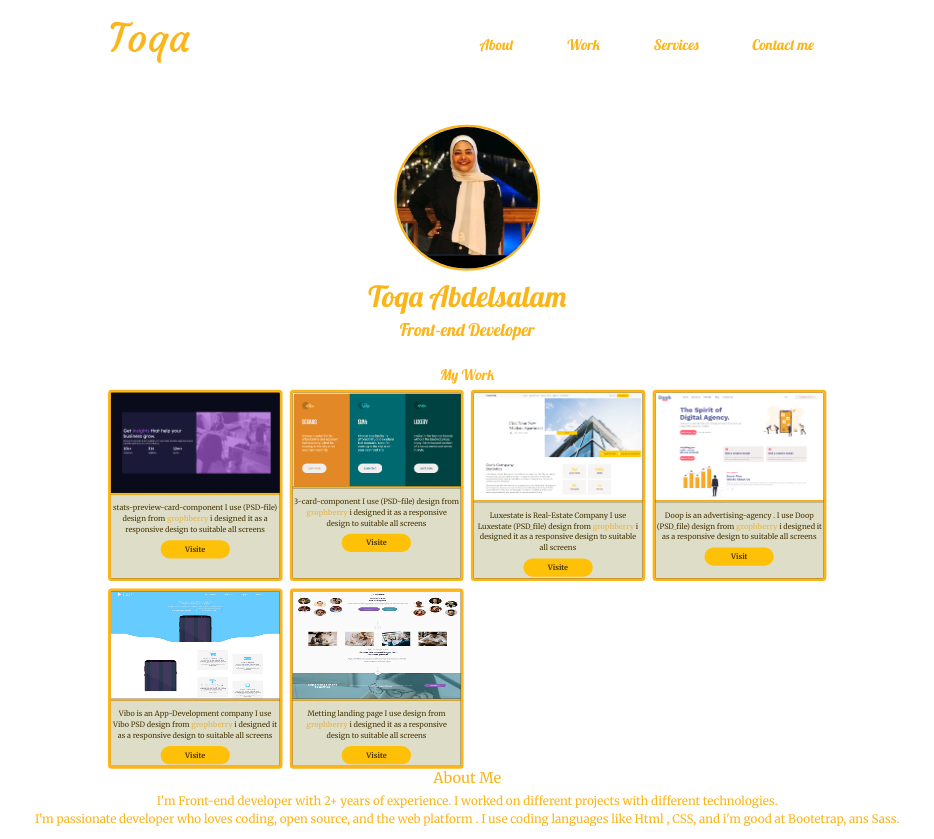
Repository: Toqa-25/portfolio
Page: index.html
These files come from the project's save history. The page is drawn as it stood at one moment and after the next save; the edit follows.
The browser window is 1280 px wide. The pictures show the whole page, at 73% of full size.
Some web fonts or font styles are not loaded; a fallback is used.

Above is the page before, as saved 2021-10-31 18:08:46.

### index.html
<!DOCTYPE html>
<html lang="en">
<head>
    <meta charset="UTF-8">
    <meta http-equiv="X-UA-Compatible" content="IE=edge">
    <meta name="viewport" content="width=device-width, initial-scale=1.0">
    <title>Toqa Portfolio</title>
      <!-- bootstrap file -->
      <link rel="stylesheet" href="css/all.min.css">
      <link rel="stylesheet" href="css/bootstrap.css">
      <!-- css file -->
      <link rel="stylesheet" href="css/style.css">
      <!-- fonts -->
      <link rel="preconnect" href="https://fonts.googleapis.com">
<link rel="preconnect" href="https://fonts.gstatic.com" crossorigin>
<link href="https://fonts.googleapis.com/css2?family=Lobster&family=Otomanopee+One&display=swap" rel="stylesheet">
<link rel="preconnect" href="https://fonts.googleapis.com">
<link rel="preconnect" href="https://fonts.gstatic.com" crossorigin>
<link href="https://fonts.googleapis.com/css2?family=Merriweather:ital,wght@0,300;0,400;0,700;0,900;1,300;1,400;1,700;1,900&display=swap" rel="stylesheet">
<link rel="preconnect" href="https://fonts.googleapis.com">
<link rel="preconnect" href="https://fonts.gstatic.com" crossorigin>
<link href="https://fonts.googleapis.com/css2?family=Bebas+Neue&family=Oswald:wght@200;300;400;500;600;700&display=swap" rel="stylesheet">
</head>
<body>
        <!-- header section -->
    <header class="pad">
       <div class="container">
         <div class="header-content">
           <div class="header-logo">
             <img src="images/logo.png" alt="logo">
           </div>
           <div class="bar">
             <svg xmlns="http://www.w3.org/2000/svg" width="35" height="35" fill="#fbb519" class="bi bi-list" viewBox="0 0 16 16">
               <path fill-rule="evenodd" d="M2.5 12a.5.5 0 0 1 .5-.5h10a.5.5 0 0 1 0 1H3a.5.5 0 0 1-.5-.5zm0-4a.5.5 0 0 1 .5-.5h10a.5.5 0 0 1 0 1H3a.5.5 0 0 1-.5-.5zm0-4a.5.5 0 0 1 .5-.5h10a.5.5 0 0 1 0 1H3a.5.5 0 0 1-.5-.5z"/>
             </svg>
              <ul class="hidden-list unlist list">
              <li>About</li>
              <li>Work</li>
              <li>Services</li>
              <li>Contact me</li>
              <li>Reviews</li>
            </ul>
           </div>
           <div class="header-nav">
             <ul class="list unlist">
                 <li>About</li>
                 <li>Work</li>
                 <li>Services</li>
                 <li>Contact me</li>
                 <!-- <li>Reviews</li> -->
             </ul>

           </div>
         </div>
         </div>
        </header><!-- end header section -->
        <!-- information  section -->
    <section  class="inform pad">
      <div class="main-inform " role="main">
        <div class="inform-info">
        <img src="images/toqa.jpg" alt=""><br>
        <h1>Toqa Abdelsalam</h1>
        <h4>Front-end Developer</h4>
      </div>
      </div>
    </section> <!-- end information  section -->

      <!-- my-work  section -->
      <section class="section container work">
      <h5>My Work</h5>
      <div class="card-groups">
      <div class="project card" role="menu">
        <img src="images/toqa-25.github.io_stats-preview-card-component-main_.png" alt="">
        <p>stats-preview-card-component
      I use  (PSD-file) design from <span> <a href="https://www.frontendmentor.io/">grophberry</a></span>
  i designed it as a responsive design to suitable all screens <br>
  <button><a href="https://toqa-25.github.io/stats-preview-card-component-main/">Visite</a></button>
 </p>
 </div>
      <div class="project card" role="menu">
        <img src="images/toqa-25.github.io_3-cards-component3_.png" alt="">
        <p>3-card-component
      I use (PSD-file) design from <span> <a href="https://www.frontendmentor.io/">grophberry</a></span>
  i designed it as a responsive design to suitable all screens <br>
  <button><a href="https://toqa-25.github.io/3-cards-component/">Visite</a></button>
 </p>
 </div>
      <div class="project card" role="menu">
          <img src="images/destop-luxestate - Copy (1).png" alt="">
          <p>Luxestate is Real-Estate Company
        I use Luxestate (PSD_file) design from <span> <a href="https://www.graphberry.com/">grophberry</a></span>
    i designed it as a responsive design to suitable all screens <br>
    <button><a href="https://toqa-25.github.io/luxstate-project-/">Visite</a></button>
   </p>
   </div>
      <div class="project card" role="menu">
          <img src="images/web_design.png" alt="">
          <p>Doop is an advertising-agency .
        I use Doop (PSD_file) design from <span> <a href="https://www.graphberry.com/">grophberry</a></span>
    i designed it as a responsive design to suitable all screens <br>
    <button><a href="https://toqa-25.github.io/simply-agency/">Visit </a></button>
   </p>
   </div>
      <div class="project card" role="menu">
        <img src="images/Vibo_App(desktop)_toqa-25.github.io2.png" alt="">
          <p>Vibo is an App-Development company
        I use Vibo PSD design from <span> <a href="https://www.graphberry.com/">grophberry</a></span>
    i designed it as a responsive design to suitable all screens <br>
    <button><a href="https://toqa-25.github.io/vibo-app/">Visite</a></button>
   </p>
   </div>
   <div class="project card" role="menu">
    <img src="images/toqa-25.github.io_landing-meeting-page_desktop.png" alt="">
    <p>Metting landing page
  I use  design from <span> <a href="https://www.frontendmentor.io/">grophberry</a></span>
i designed it as a responsive design to suitable all screens <br>
<button><a href="https://toqa-25.github.io/landing-meeting-page/">Visite</a></button>
</p>
</div>
   </div>
      </section>

      <section class="section about">

          <h5>About Me</h5>
      <p> I'm Front-end developer with 2+ years of experience. I worked on different projects with different technologies. <br>
       I'm passionate developer who loves coding, open source, and the web platform .
       I use coding languages like Html , CSS, and i'm good at Bootetrap, ans Sass. </p>
      </section>

</body>
</html>

### css/style.css
/*
    public style
***********************
*/
:root{
    --main-color:#fbb519;
    --section-padding:30px;
}
* , *:after , *:before{
    box-sizing: border-box;
    margin: 0;
    padding: 0;
}
body{
    font-family: 'Merriweather', serif;
    color:var(--main-color);
}
.pad{
    padding: var(--section-padding) 0;
}
.container
{
  width: 80%;
  margin:auto;
  padding: 0 20px;
}
 .pad h5{
    text-align: center;
    font-family: 'Lobster';
    margin-bottom: 15px;
 }
 .unlist{
     list-style: none;
 }
/*
    header style
***********************
*/
 header{
    font-family: 'Lobster', cursive;
 }
 .header-content{
    display: flex;
}
.header-logo{
    width:50%;
}
.bar{
    position: relative;
    display: none;
    margin: auto 20px;
     transition: .2s;
     cursor: pointer;
     width: 50%;
    /* text-align: right; */
    justify-content: flex-end;
}
 .header-nav{
   min-width: 50%;
    display: flex;
    justify-content: flex-end;
 }
 .header-nav .list{
     width: 100%;
     display: flex;
     justify-content: space-between;
     align-items: center;
     padding: 17px;
 }
  .list li{
     font-size: 20px;
     transition: .2s;
     -webkit-transition: .2s;
     -moz-transition: .2s;
     -ms-transition: .2s;
     -o-transition: .2s;
     cursor: pointer;
     margin-bottom: 2px;
    }
     .list li:hover{
        border-bottom: 2px solid var(--main-color);
    }
    .hidden-list{
         text-align: center;
         position: absolute;
         width: 120px;
         top: 3px;
         right: -70px;
         background-color: #f5f5dc91;
         padding: 10px;
         border-radius: 25px;
         -webkit-border-radius: 25px;
         -moz-border-radius: 25px;
         -ms-border-radius: 25px;
         -o-border-radius: 25px;
         transition: .2s;
         -webkit-transition: .2s;
         -moz-transition: .2s;
         -ms-transition: .2s;
         -o-transition: .2s;
         visibility: hidden;
         display: none;
}
/* media quary for header*/
 @media (max-width: 991px){
   .header-nav {
      display: none;
  }
  .bar{
      display: flex;
  }
  .bar:hover .hidden-list{
    visibility: visible;
    display: block;
  }
}
/*
    my-information&image style
  ********************************
*/
/*
    my-information&image style
  ********************************
*/

 .main-inform{
    color: var(--main-color);
    text-align: center;
    height: 300px;
    display: flex;
    align-items: center;
    justify-content: center;
     font-family: 'Lobster', cursive;
 }
 .main-inform img{
     width: 200px;
     height: 200px;
     border:3px solid;
     border-radius: 50%;
     -webkit-border-radius: 50%;
     -moz-border-radius: 50%;
     -ms-border-radius: 50%;
     -o-border-radius: 50%;
     margin-bottom: 10px;
}

 .card-groups{
     display: grid;
    grid-template-columns:repeat(4,1fr);
    gap:10px;
 }
 .work h5{
    text-align: center;
    font-family: 'Lobster';
 }
.card {
    width: 100%;
    height: 100%;
    position: relative;
    display: flex;
    flex-direction: column;
    min-width: 0;
    word-wrap: break-word;
    background-color: black;
    background-clip: border-box;
    border: 4px solid var(--main-color);
    border-radius: 0.3rem;
}

.card img{
    max-width:100%;
    max-height: 150px;
    border-bottom: 3px solid;
}
.card img:hover{
   transform: scale(1.1);
   -webkit-transform: scale(1.1);
   -moz-transform: scale(1.1);
   -ms-transform: scale(1.1);
   -o-transform: scale(1.1);
}
.card p{
    margin-bottom: 1rem;
    background-color: black;
    font-size: 10px;
    padding: 2px;
    margin: 0px;
    margin-top: 0px;
    width: 100%;
    height: 100%;
    text-align: center;
    color:#483705;
    background-color: #f5f5dce8;
    padding-top: 10px;

}
.card p a{
    text-decoration: none;
    color: #e2bc66;
    font-weight: bolder;
}
.card p:hover{

}

.card button{
    width: 95px;
    text-align: center;
    background-color: #ffc107;
    border: none;
    border-radius: 15px;
    padding: 5px;
    margin-top: 7px;
}
.card button:hover{
    width:120px;
    padding: 10px;
}
.card button a{
    text-decoration: none;
    color: #483705;
}

.about{
    text-align: center;

}

/*
           media quary style
    ***************************************
        //extra small devices @media (maxwidth:575px)
        //small devices @media (maxwidth:767px)
        //medium devices @media (maxwidth:991px)
        //large devices @media (maxwidth:1199px)
*/

Loaded but not shown: css/all.min.css (library); css/bootstrap.css (library)

After the next save:
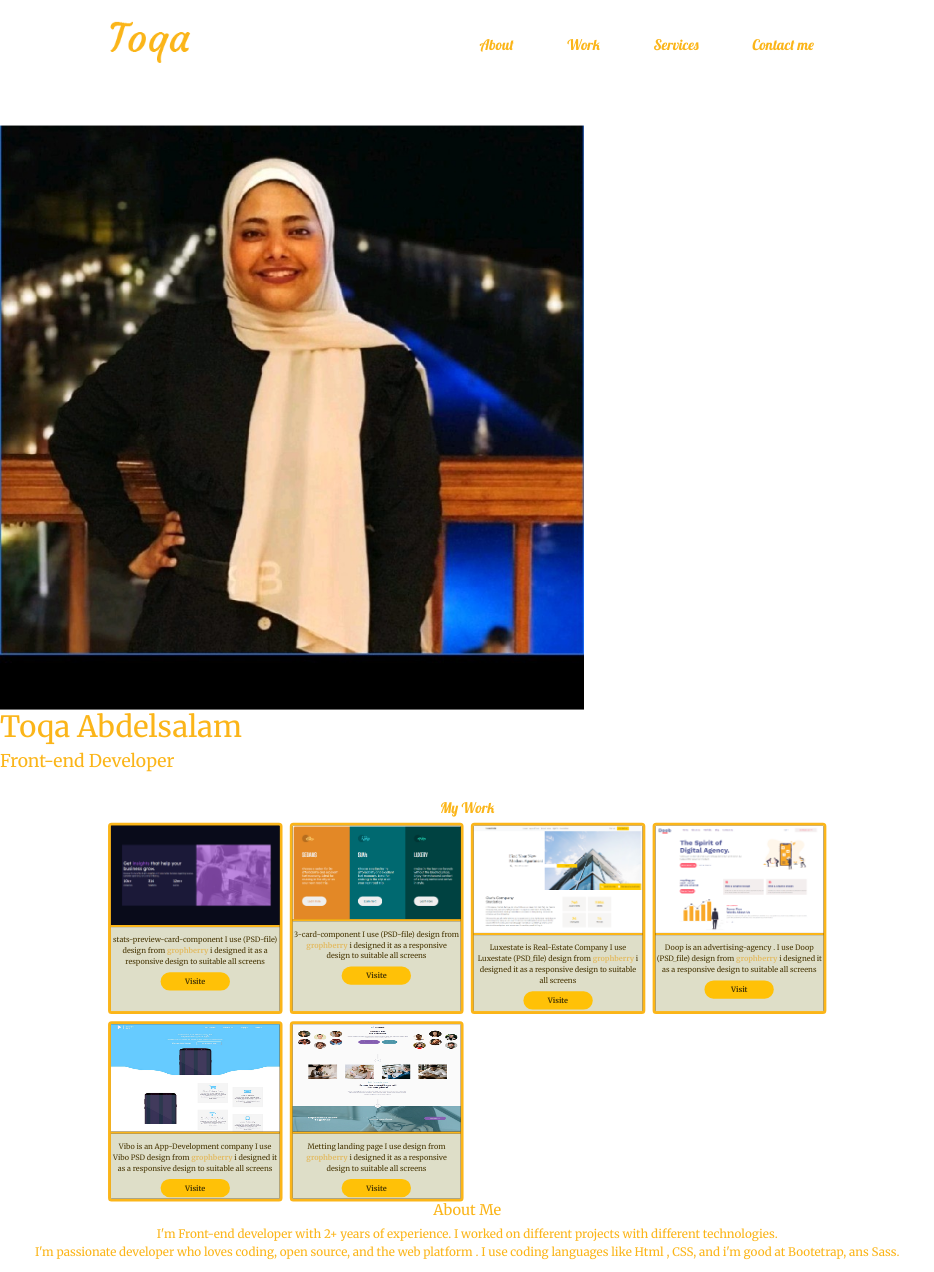
Saved 21 s later.
--- a/css/style.css
+++ b/css/style.css
@@ -117,33 +117,33 @@
 /*
     my-information&image style
   ********************************
-*/
-/*
-    my-information&image style
-  ********************************
-*/
 
  .main-inform{
-    color: var(--main-color);
+     color: var(--main-color);
     text-align: center;
     height: 300px;
     display: flex;
     align-items: center;
     justify-content: center;
-     font-family: 'Lobster', cursive;
- }
- .main-inform img{
-     width: 200px;
-     height: 200px;
-     border:3px solid;
-     border-radius: 50%;
-     -webkit-border-radius: 50%;
+    font-family: 'Lobster', cursive;
+}
+.main-inform img{
+    width: 200px;
+    height: 200px;
+    border:3px solid;
+    border-radius: 50%;
+    -webkit-border-radius: 50%;
      -moz-border-radius: 50%;
      -ms-border-radius: 50%;
      -o-border-radius: 50%;
      margin-bottom: 10px;
-}
-
+    }
+
+
+    /*
+        my-information&image style
+      ********************************
+    */
  .card-groups{
      display: grid;
     grid-template-columns:repeat(4,1fr);

After the save that followed:
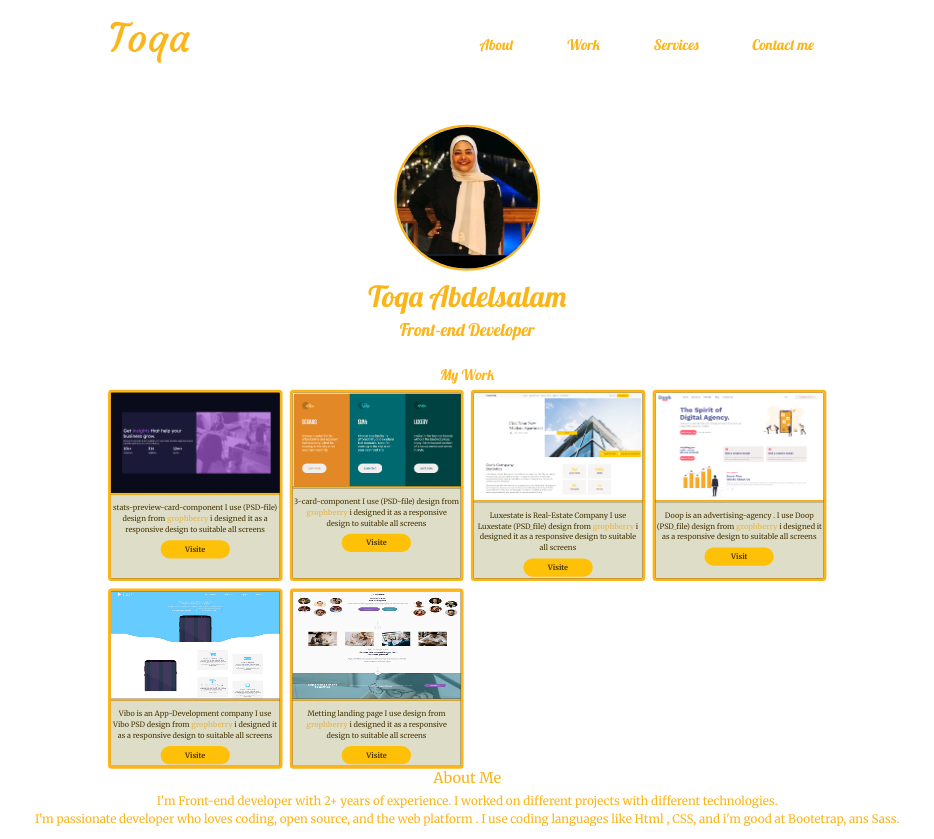
Saved 10 s later.
--- a/css/style.css
+++ b/css/style.css
@@ -117,7 +117,7 @@
 /*
     my-information&image style
   ********************************
-
+ */
  .main-inform{
      color: var(--main-color);
     text-align: center;
